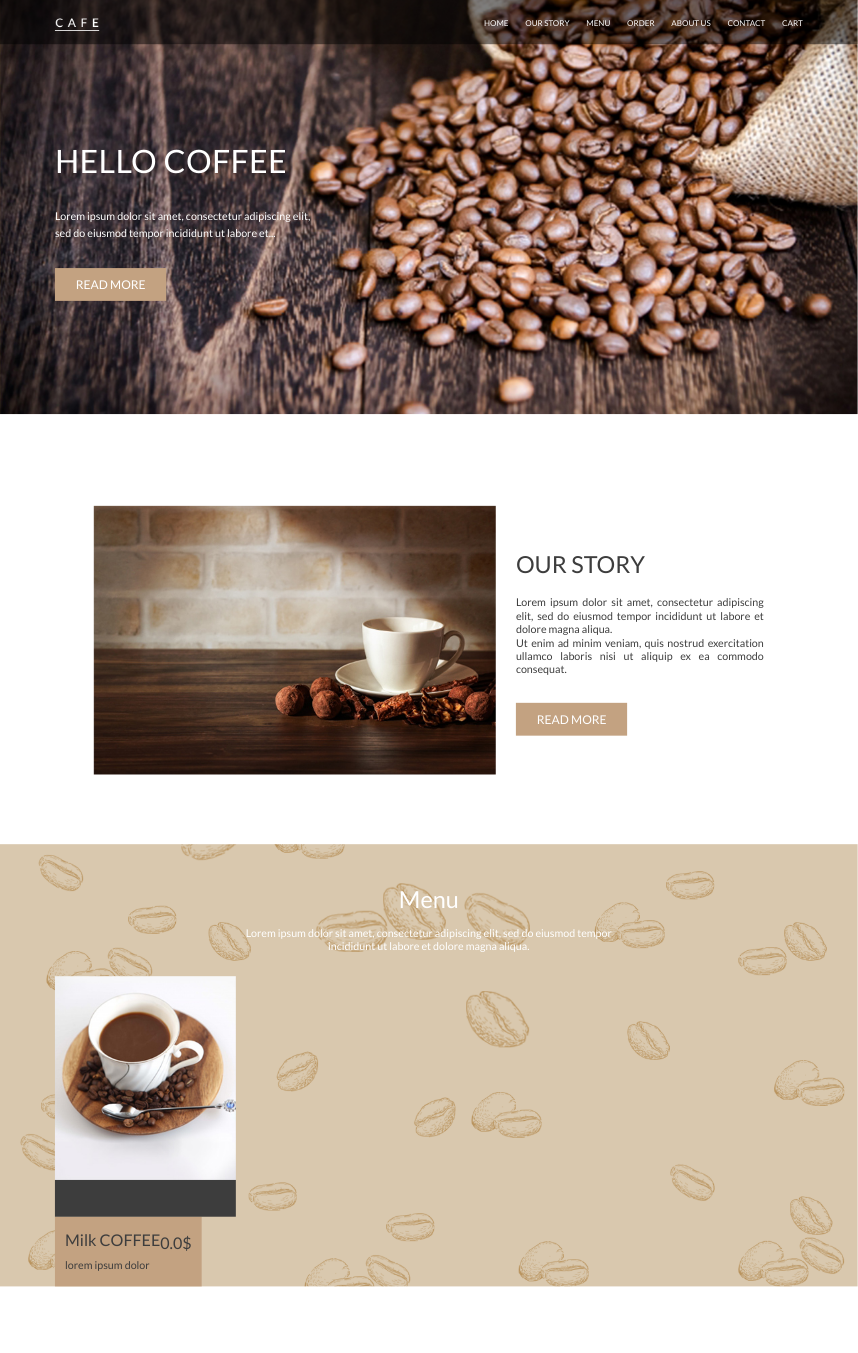
Repository: kuluong2000/coffe
Page: index.html
An editor plug-in stored every save of this project. The page is shown before and after the next save, followed by the edit.
The browser window is 1280 px wide. The pictures show the whole page, at 67% of full size.

Above is the page before, as saved 2021-10-04 21:43:06.

After the next save:
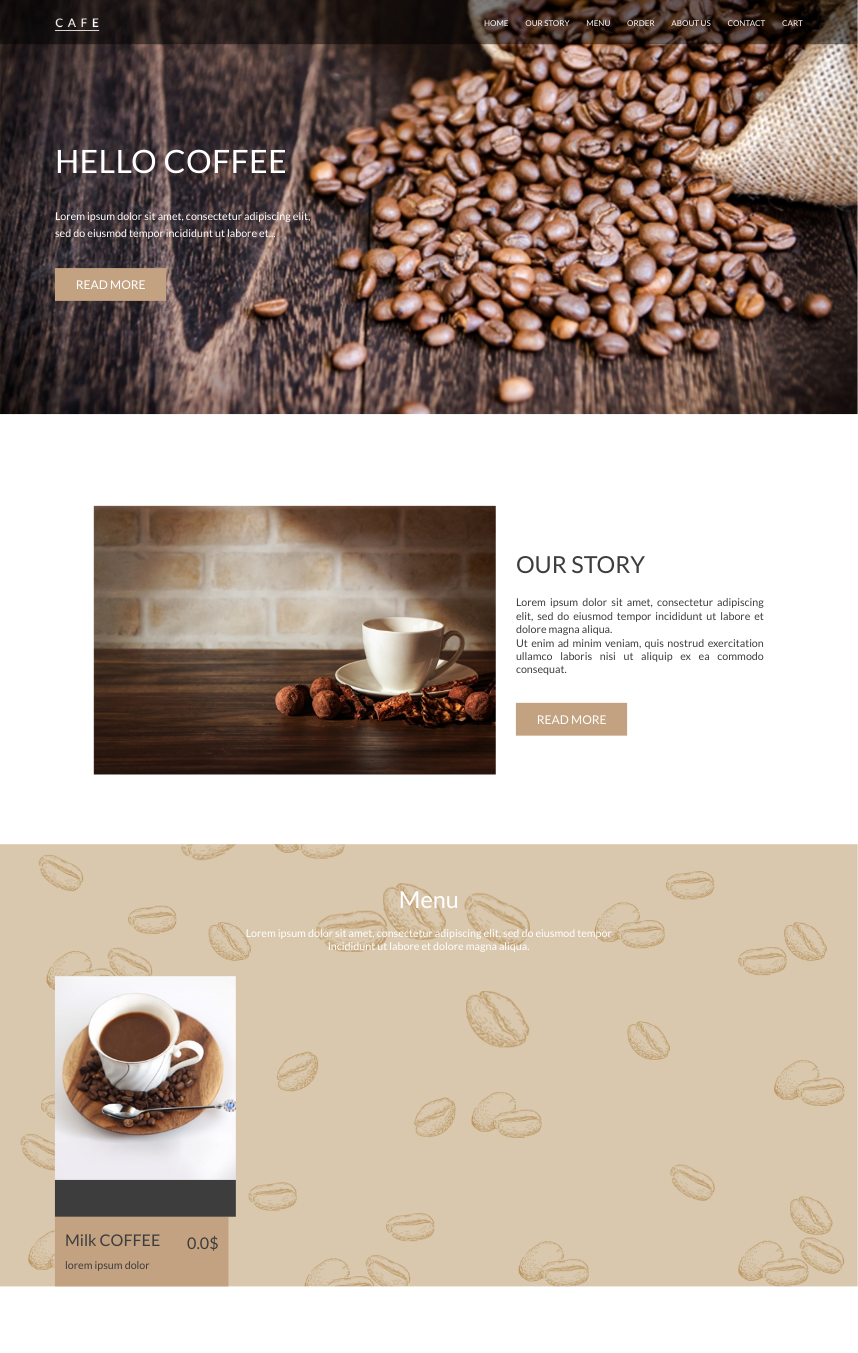
Saved 27 s later.
--- a/Assets/css/style.css
+++ b/Assets/css/style.css
@@ -172,6 +172,9 @@ body{
     padding: 20px 15px;
     width: max-content;
 }
+.menu-item-content{
+    margin-right: 40px;
+}
 .menu-item-name{
     font-size: 24px;
     margin-bottom: 10px;
